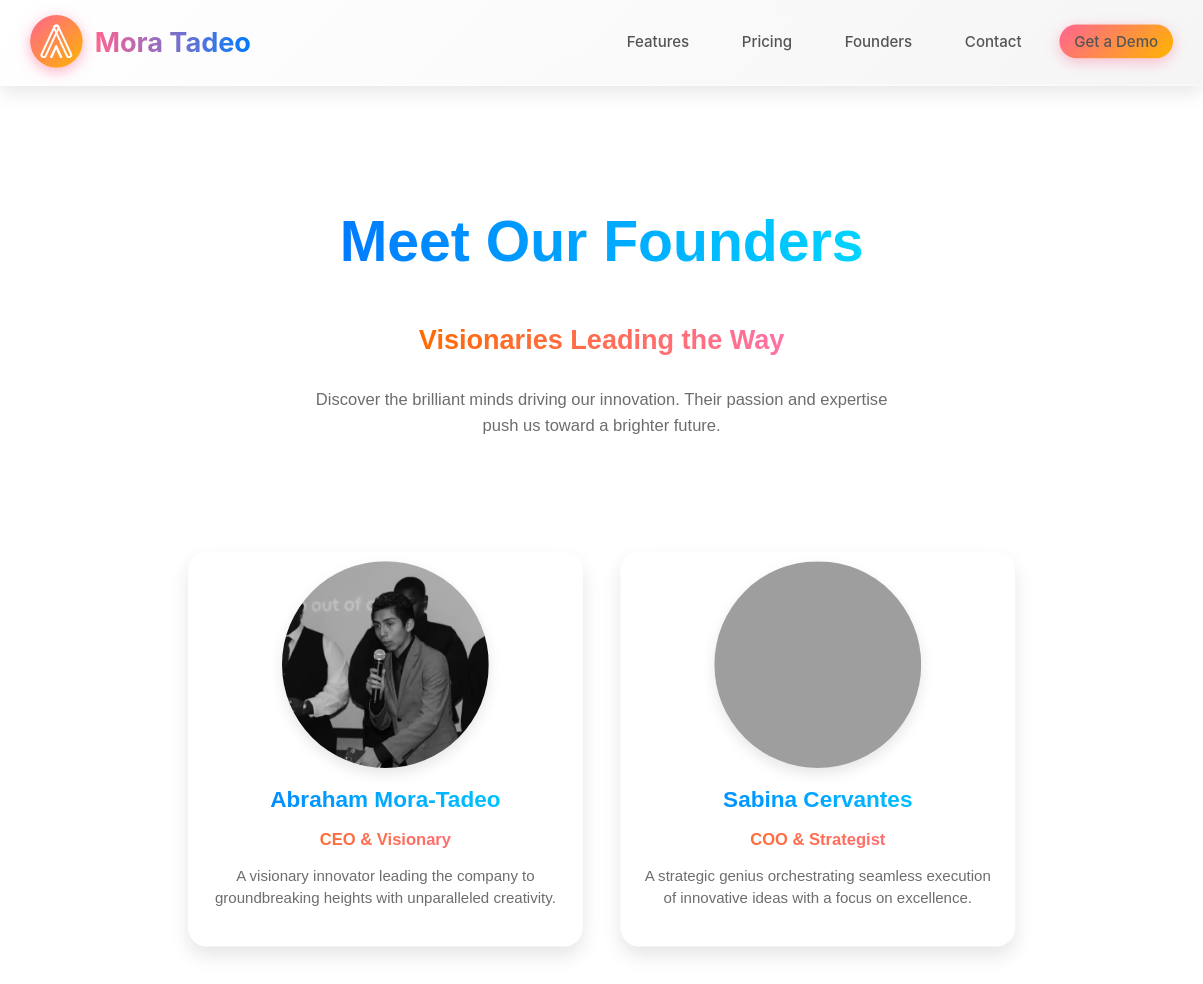
Repository: AbrahamM007/moratadeo
Page: /founders
The author's editor kept a copy of each file at every save. The page is drawn from the files as they stood at one save, then again after the next save.
The browser window is 1280 px wide. The pictures show the whole page, at 94% of full size.
Pictures or frames that could not be fetched are drawn as grey boxes. The project was rebuilt for these pictures with package versions that can differ from the ones it lists, and the page was loaded fresh each time. Also part of the build but not shown: src/HeroSection.css, src/HeroSection.js, src/InfoSection.css, src/InfoSection.js, src/RoadmapSection.css, src/RoadmapSection.js, src/DesignPhaseSection.js, src/HeroBanner.js and 7 more.

Above is the page before, as saved 2025-01-12 22:46:51.

After the next save:
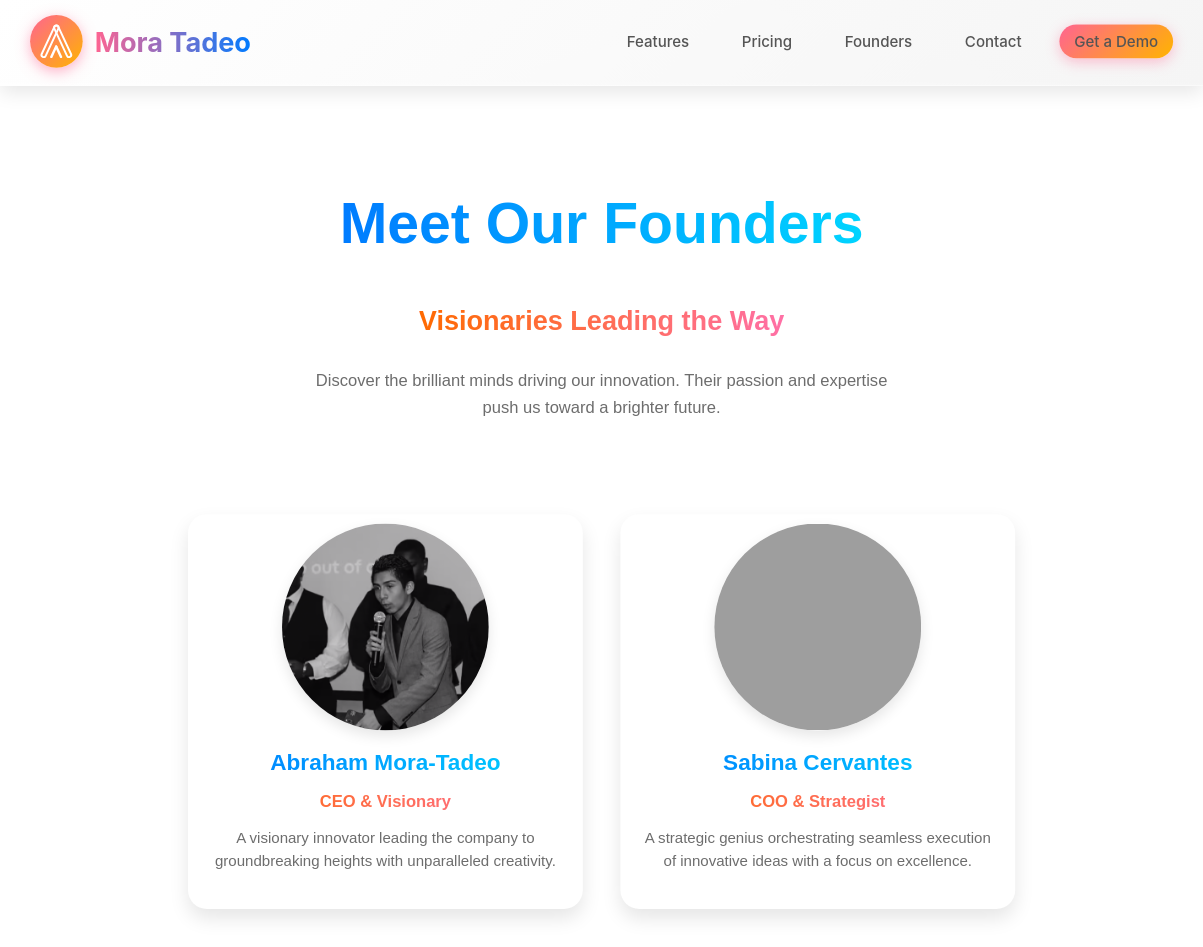
Saved 32 s later.
--- a/src/FoundersPage.css
+++ b/src/FoundersPage.css
@@ -14,7 +14,7 @@
     align-items: center;
     justify-content: center;
     text-align: center;
-    padding: 80px 20px;
+    padding: 60px 20px;
     gap: 15px;
     position: relative;
   }
